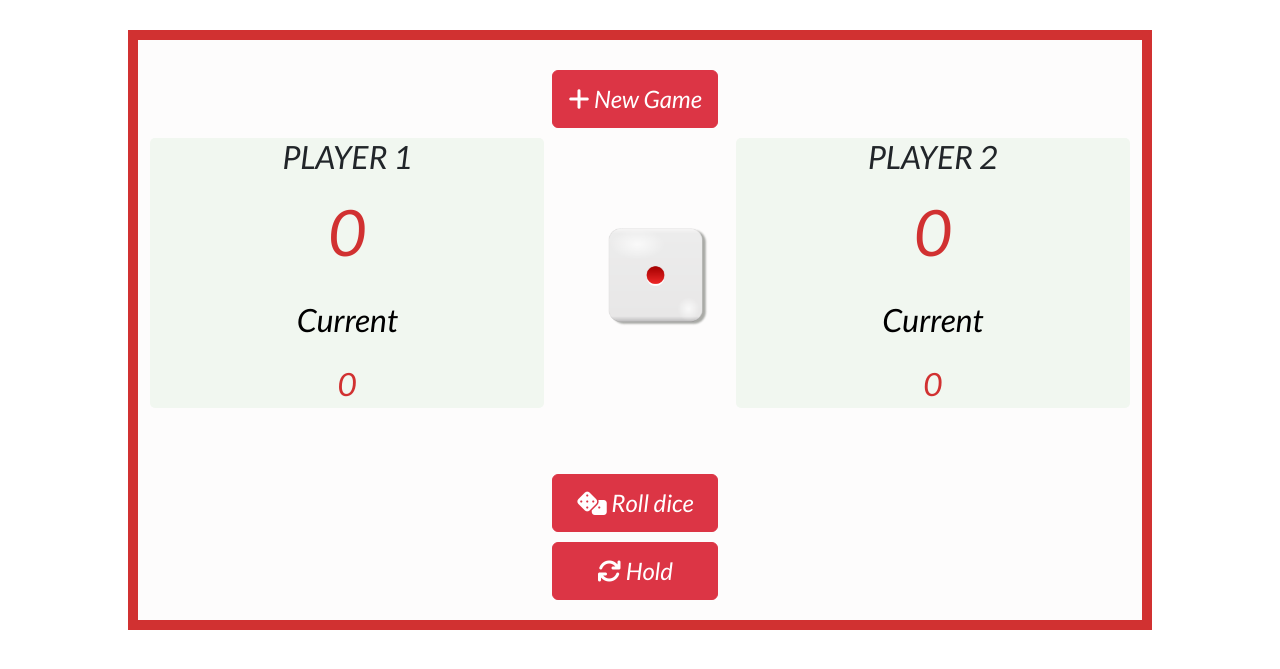
Repository: haifabilel/Eval_JAVASCRIPT
Page: index.html
The author's editor kept a copy of each file at every save. The page is drawn from the files as they stood at one save, then again after a run of saves.
The browser window is 1280 px wide. The pictures show the whole page.
After loading, the first visible `button.btn_roll` was clicked once.
Some web libraries are served in a nearby version.

Above is the page before, as saved 2023-06-04 00:02:29.
Console error: ReferenceError: Cannot access 'diceRandom' before initialization

### index.html
<!DOCTYPE html>
<html lang="fr">
<head>
    <meta charset="UTF-8">
    <meta http-equiv="X-UA-Compatible" content="IE=edge">
    <meta name="viewport" content="width=device-width, initial-scale=1.0">
    <title>GameEval</title>
    <!-- Bootstrap -->
    <link href="https://cdn.jsdelivr.net/npm/bootstrap@5.3.0-alpha3/dist/css/bootstrap.min.css" rel="stylesheet" integrity="sha384-KK94CHFLLe+nY2dmCWGMq91rCGa5gtU4mk92HdvYe+M/SXH301p5ILy+dN9+nJOZ" crossorigin="anonymous">
    <!-- Bootstrap icons CSS -->
    <link rel="stylesheet" href="https://cdn.jsdelivr.net/npm/bootstrap-icons@1.6.1/font/bootstrap-icons.css">
    <!-- font awesome cdn link-->
    <link rel="stylesheet" href="https://cdnjs.cloudflare.com/ajax/libs/font-awesome/6.3.0/css/all.min.css" integrity="sha512-SzlrxWUlpfuzQ+pcUCosxcglQRNAq/DZjVsC0lE40xsADsfeQoEypE+enwcOiGjk/bSuGGKHEyjSoQ1zVisanQ==" crossorigin="anonymous" referrerpolicy="no-referrer">
    <!-- CSS Link -->
    <link rel="stylesheet" href="style.css">
</head>
<body>
    <div class="container-fluid" >
     <header>
         <button class="btn btn_newGame btn-danger"><i class="fa-solid fa-plus"></i> New Game</button>
    </header>
    <main>
        <div class="row">
            <!-- Player One  -->
            <div class="col-sm-5 mx-auto ">
                <section class="player player_0 player_active">
                    <h2 class="label" id="label_0">PLAYER 1</h2>
                    <p class="score" id="score_0" >0</p>
                    <div class="current">
                        <p class="current_label">Current</p>
                        <p class="current_score" id="current_0">0</p>
                    </div>
                </section>
            </div>
            <!-- Dice image -->
            <div class="col-sm-2 mx-auto">
                <img src="/asset/dice1.png" alt="imageDice" class="dice" style="width: 100px;">
            </div>
             <!-- Player Tow  -->
             <div class="col-sm-5 mx-auto">
                <section class="player player_1">
                    <h2 class="label" id="label_1">PLAYER 2</h2>
                    <p class="score" id="score_1">0</p>
                    <div class="current">
                        <p class="current_label">Current</p>
                        <p class="current_score" id="current_1">0</p>
                    </div>
                </section>
             </div>
        </div>
    </main>
    <!-- Button RollDice -->
    <div class="button_roll">
        <button class="btn btn_roll btn-danger"><i class="fa-solid fa-dice"></i> Roll dice</button>
    </div>
    <div class="button_hold">
        <button class="btn btn_hold btn-danger"><i class="fa-solid fa-arrows-rotate"></i> Hold</button>
    </div>
    </div>


    <script src="https://code.jquery.com/jquery-3.5.1.slim.min.js" integrity="sha384-DfXdz2htPH0lsSSs5nCTpuj/zy4C+OGpamoFVy38MVBnE+IbbVYUew+OrCXaRkfj" crossorigin="anonymous"></script>
    <script src="https://cdn.jsdelivr.net/npm/popper.js@1.16.0/dist/umd/popper.min.js" integrity="sha384-Q6E9RHvbIyZFJoft+2mJbHaEWldlvI9IOYy5n3zV9zzTtmI3UksdQRVvoxMfooAo" crossorigin="anonymous"></script>
    <script src="https://cdn.jsdelivr.net/npm/bootstrap@5.3.0-alpha3/dist/js/bootstrap.bundle.min.js" integrity="sha384-ENjdO4Dr2bkBIFxQpeoTz1HIcje39Wm4jDKdf19U8gI4ddQ3GYNS7NTKfAdVQSZe" crossorigin="anonymous"></script>
    <script src="script.js"></script>
</body>
</html>

### style.css
@import url('https://fonts.googleapis.com/css2?family=Lato:ital,wght@1,300;1,400;1,700&display=swap');
*{
    font-family: Lato;
}
.container-fluid{
    box-shadow:0.5rem 1 rem rgba(0,0,0,.5);
    background-color: #fdfcfc;
    width:80%;
    height: 600px;
    border: 10px solid  #d13131;
    margin-top: 30px;
}
.row{
    margin-top:80px;
}
/* Playerss */
.player_0 , .player_1{
    background-color:#f1f7f0;
    text-align:center;
    border-radius:5px;
    margin-top:-70px;
}
/* Current */
.current{

    width:30%;
    font-size:1.5rem;
    border-radius:5%;
    text-align:center;
    margin-left :35%;
    color:black;
    font-size:2rem;
}
/* Scors */
.score{
    color:#d13131;
    font-size:4rem;
}
.current_score{
    color:#d13131;
    font-size:2rem;
}
/* Buttons */
.btn_roll{
    margin-left:41%;
    margin-top:50px;
    width:17%;
    font-size:1.5rem;
    padding:10px;

}
.btn_hold{
    padding:10px;
    margin-left:41%;
    margin-top:10px;
    width:17%;
    font-size:1.5rem;

}
.btn_newGame{
    margin-top:30px;
    padding: 10px;
    margin-left:41%;
    width:17%;
    font-size:1.5rem;
}
/* Image Dice */
img{
    margin:20px 40px;
}
.hidden{
    display:none;
}
.player_winn{
    background:url(/asset/golden-winners-cup_1284-18399.avif);
    background-size: cover;
    background-position:center;


}
.player_winn1{
    background-color:rgba(245, 126, 195, 0.228);
}

### script.js
//Players
const playerOne = document.getElementById('player_0');
const playerTow = document.getElementById('player_1');
//Score
const score0 = document.getElementById('score_0');
const score1 = document.getElementById('score_1');
//Dice
const dice = document.querySelector('.dice');
//buttons
const buttonRoll = document.querySelector('.btn_roll');
const buttonHold = document.querySelector('.btn_hold');
const buttonNewGame = document.querySelector('.btn_newGame');
//Current
const current0 = document.getElementById('current_0');
const current1 = document.getElementById('current_1');

score0.textContent = 0 ;
score1.textContent = 0 ;
dice.classList.add("hidden");

let scores = [0 , 0]
let activePlayer = 0 ;
let currentScore = 0 ;

const switchPlayer = function(){
    document.getElementById(`current_${activePlayer}`).textContent = 0;
    activePlayer = activePlayer === 0 ? 1 : 0;
    currentScore = 0;
    playerOne.classList.toggle("player_active");
    playerTow.classList.toggle("player_active");
    document.querySelector(`.player_${activePlayer}`).classList.add('player_winn1');

}
//buttonRoll
buttonRoll.addEventListener("click", function() {
    dice.classList.remove("hidden");
    if (diceRandom !== 1) {
        currentScore += diceRandom;
        document.getElementById(`current_${activePlayer}`).textContent = currentScore;
    } else {
        // Switch Player
        document.getElementById(`current_${activePlayer}`).textContent = 0;
        activePlayer = activePlayer === 0 ? 1 : 0;
        currentScore = 0;
        playerOne.classList.toggle("player_active");
        playerTow.classList.toggle("player_active");
        document.querySelector(`.player_${activePlayer}`).classList.add('player_winn1');
    }



    //Generate number 1 to 6
    const diceRandom = Math.floor(Math.random() * 6) + 1;
    dice.src =`/asset/dice${diceRandom}.png`

//   Sound game
const audio = new Audio('/asset/programmation-web_de-2_asset_son.mp3');

const lanseSon = function() {
    audio.play()
}
audio.addEventListener('canplaythrough', lanseSon);

//Rolled
if(diceRandom !==1){
    currentScore += diceRandom;
    document.getElementById(`current_${activePlayer}`).textContent = currentScore;
    // document.querySelector(`.player_${activePlayer}`).classList.add('player_winn1');

}else{
    //Switch Player
    switchPlayer();
}
});
//ButtonHold
buttonHold.addEventListener('click',function(){
    scores[activePlayer] += currentScore;
    document.getElementById(`score_${activePlayer}`).textContent = scores[activePlayer];


    if(scores[activePlayer] >=100){
        document.querySelector(`.player_${activePlayer}`).classList.add('player_winn');
        const audio = new Audio('/asset/tadaa-47995.mp3');

        const lanseSon1 = function() {
            audio.play()
        }
        audio.addEventListener('canplaythrough', lanseSon1);


    }else{
        switchPlayer();
    }
});
//  Button NewGame
buttonNewGame.addEventListener ('click',function(){
    document.location.reload()
 })

After the next 2 saves:
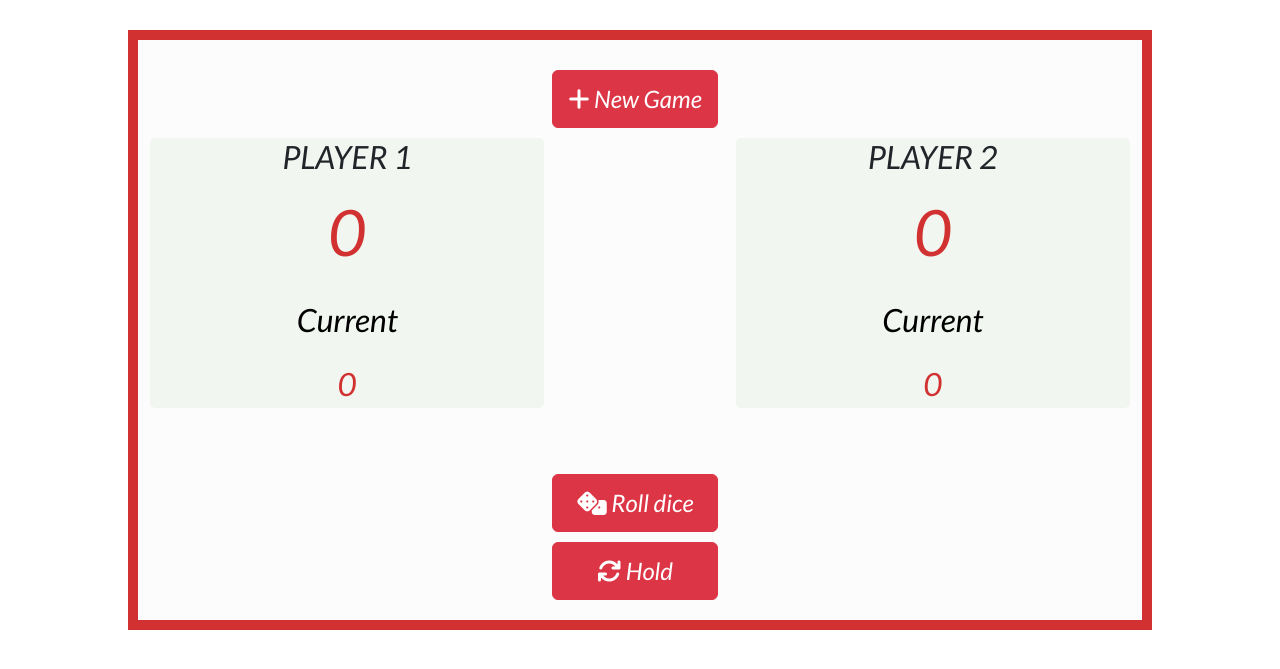
The 2 saves are shown as one change because they came seconds apart.
The last was saved 28 s later.
--- a/script.js
+++ b/script.js
@@ -33,7 +33,7 @@
 }
 //buttonRoll
 buttonRoll.addEventListener("click", function() {
-    dice.classList.remove("hidden");
+
     if (diceRandom !== 1) {
         currentScore += diceRandom;
         document.getElementById(`current_${activePlayer}`).textContent = currentScore;
@@ -46,7 +46,7 @@
         playerTow.classList.toggle("player_active");
         document.querySelector(`.player_${activePlayer}`).classList.add('player_winn1');
     }
-
+    dice.classList.remove("hidden");
 
 
     //Generate number 1 to 6

After the save that followed:
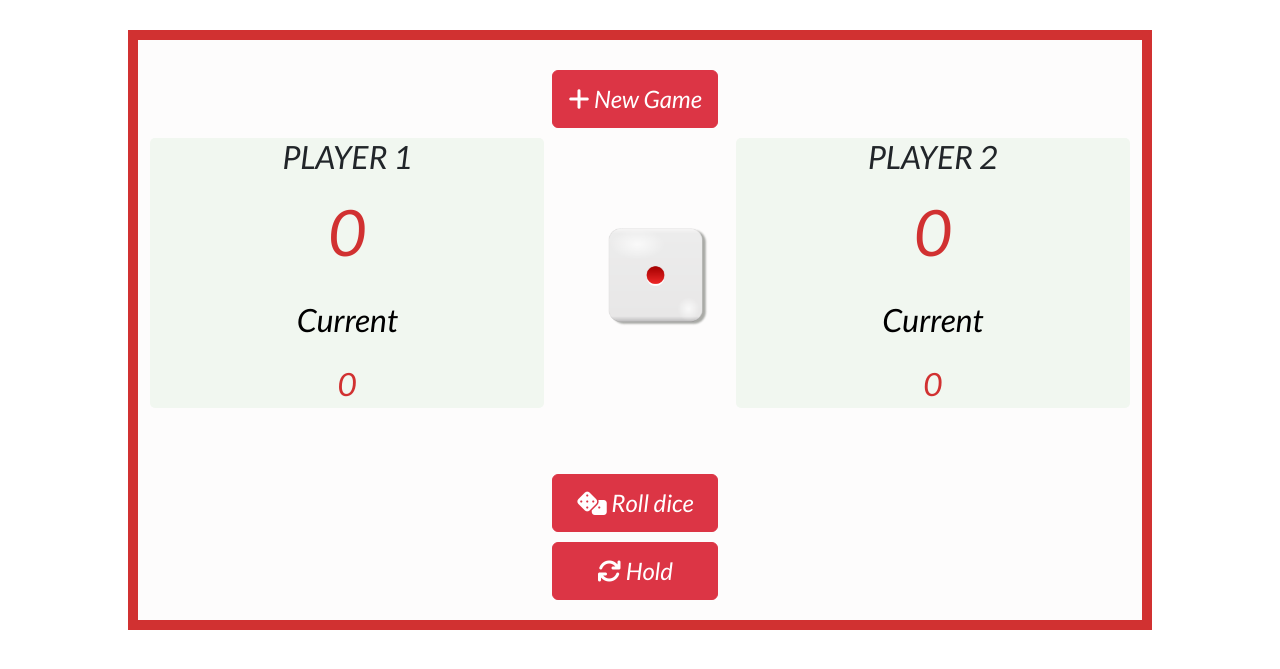
Saved 10 s later.
--- a/script.js
+++ b/script.js
@@ -33,20 +33,20 @@
 }
 //buttonRoll
 buttonRoll.addEventListener("click", function() {
+    dice.classList.remove("hidden");
+    if (diceRandom !== 1) {
+    currentScore += diceRandom;
+    document.getElementById(`current_${activePlayer}`).textContent = currentScore;
+} else {
+    // Switch Player
+    document.getElementById(`current_${activePlayer}`).textContent = 0;
+    activePlayer = activePlayer === 0 ? 1 : 0;
+    currentScore = 0;
+    playerOne.classList.toggle("player_active");
+    playerTow.classList.toggle("player_active");
+    document.querySelector(`.player_${activePlayer}`).classList.add('player_winn1');
+}
 
-    if (diceRandom !== 1) {
-        currentScore += diceRandom;
-        document.getElementById(`current_${activePlayer}`).textContent = currentScore;
-    } else {
-        // Switch Player
-        document.getElementById(`current_${activePlayer}`).textContent = 0;
-        activePlayer = activePlayer === 0 ? 1 : 0;
-        currentScore = 0;
-        playerOne.classList.toggle("player_active");
-        playerTow.classList.toggle("player_active");
-        document.querySelector(`.player_${activePlayer}`).classList.add('player_winn1');
-    }
-    dice.classList.remove("hidden");
 
 
     //Generate number 1 to 6
